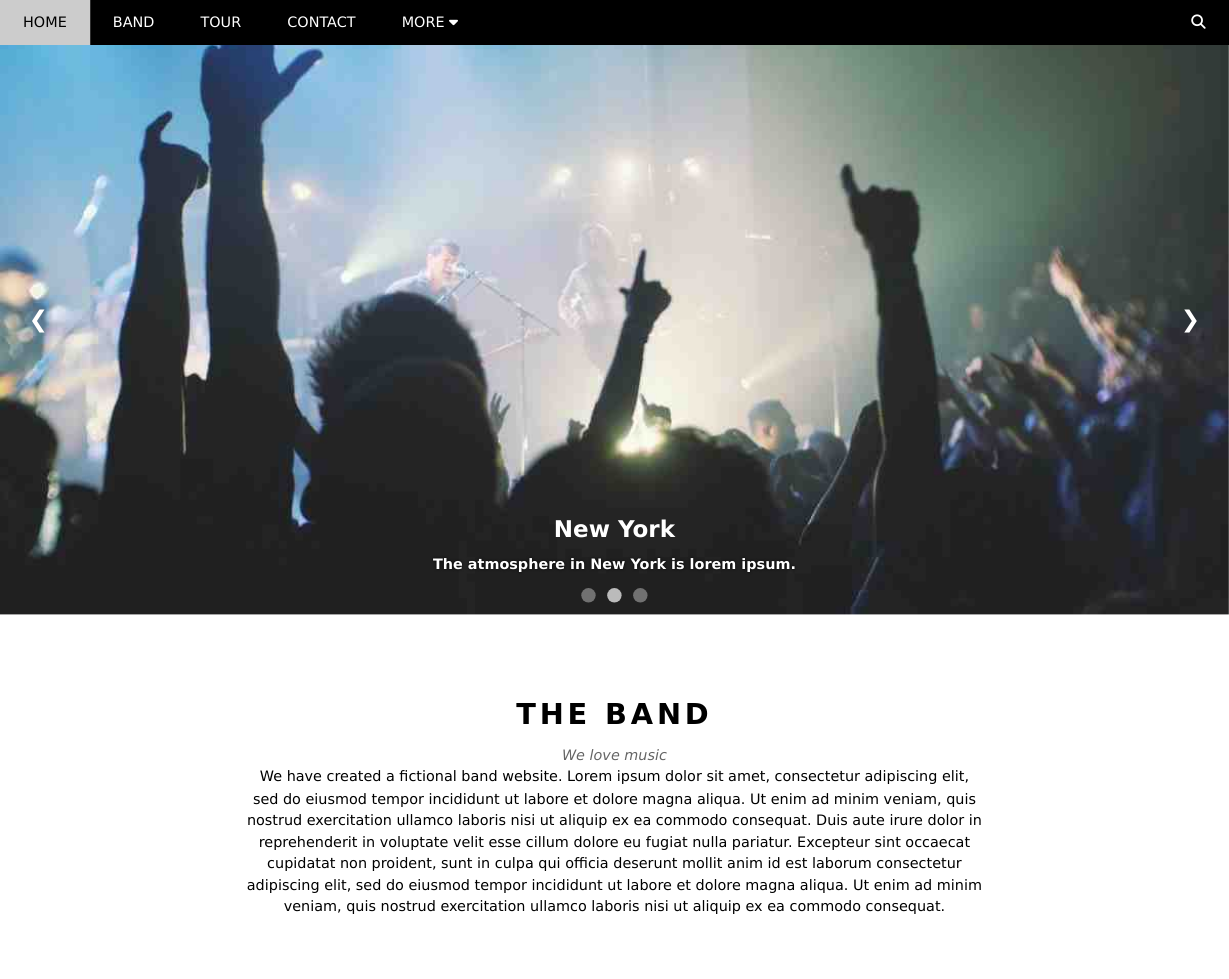
Repository: tam1512/The-Band
Page: index.html
These files come from the project's save history. The page is drawn as it stood at one moment and after the next save; the edit follows.
The browser window is 1280 px wide. The pictures show the whole page, at 96% of full size.
Some web libraries are served in a nearby version.

Above is the page before, as saved 2022-07-23 10:47:51.

After the next save:
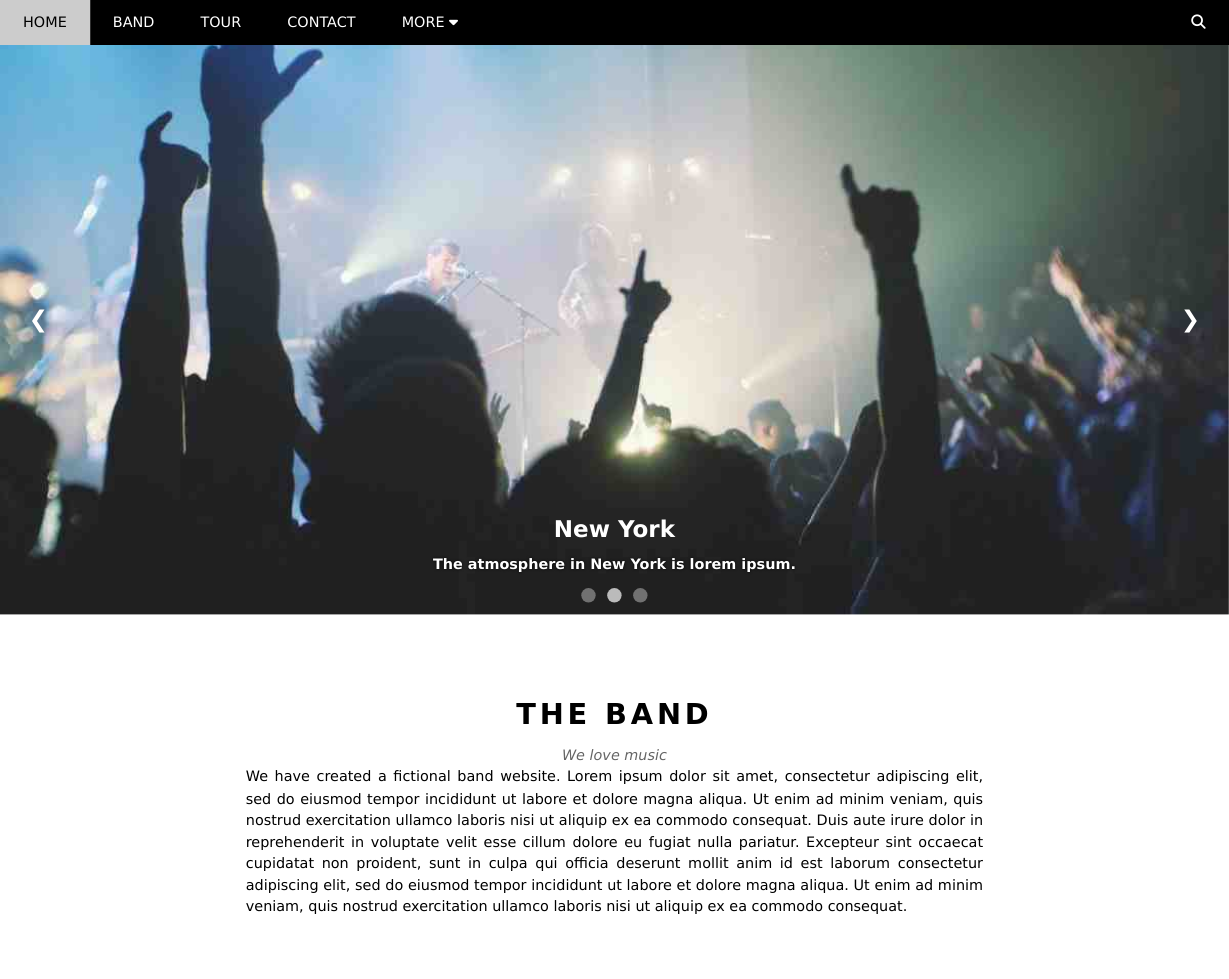
Saved 46 s later.
--- a/assets/css/style.css
+++ b/assets/css/style.css
@@ -243,3 +243,7 @@ li.header_nav_dropdown {
 .band_sub-title {
   opacity: 0.6;
 }
+
+.band_content {
+  text-align: justify;
+}
